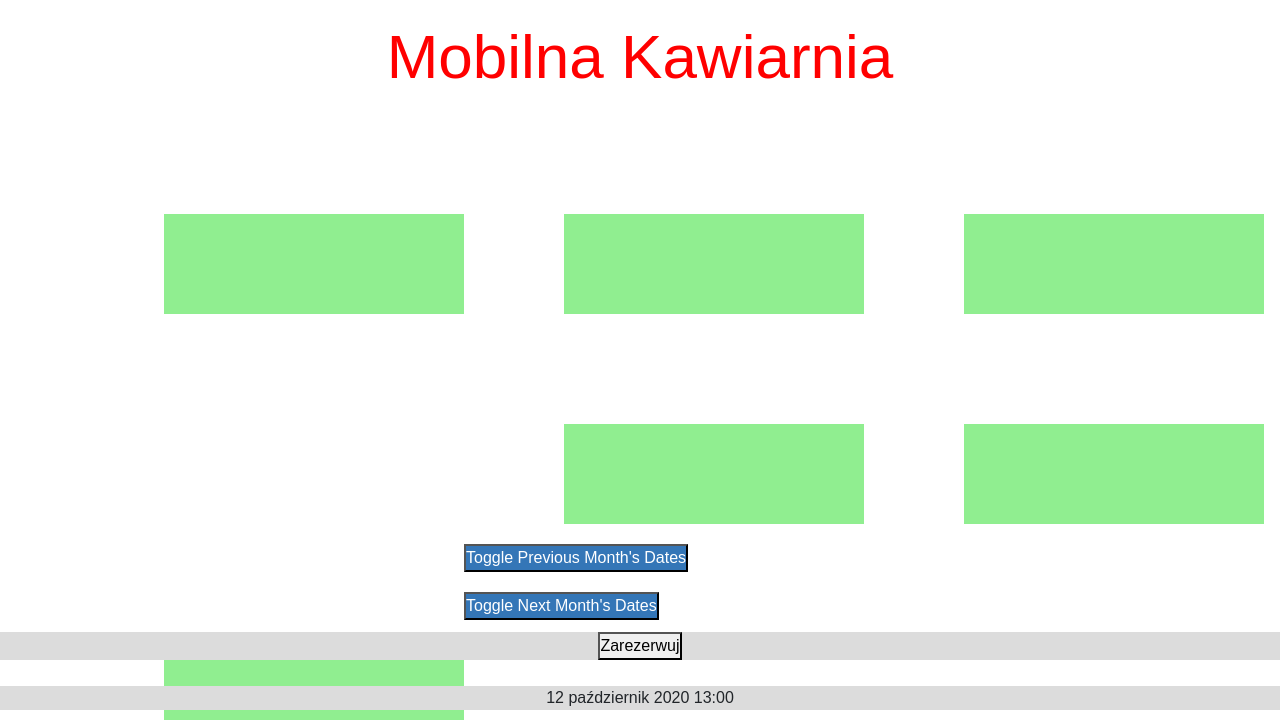
Repository: K009/MobilnaKawiarnia
Page: index.html
These files come from the project's save history. The page is drawn as it stood at one moment and after the next save; the edit follows.
The browser window is 1280 px wide. The pictures show the whole page.

Above is the page before, as saved 2020-12-23 17:07:23.
Console error: ReferenceError: YUI is not defined

After the next save:
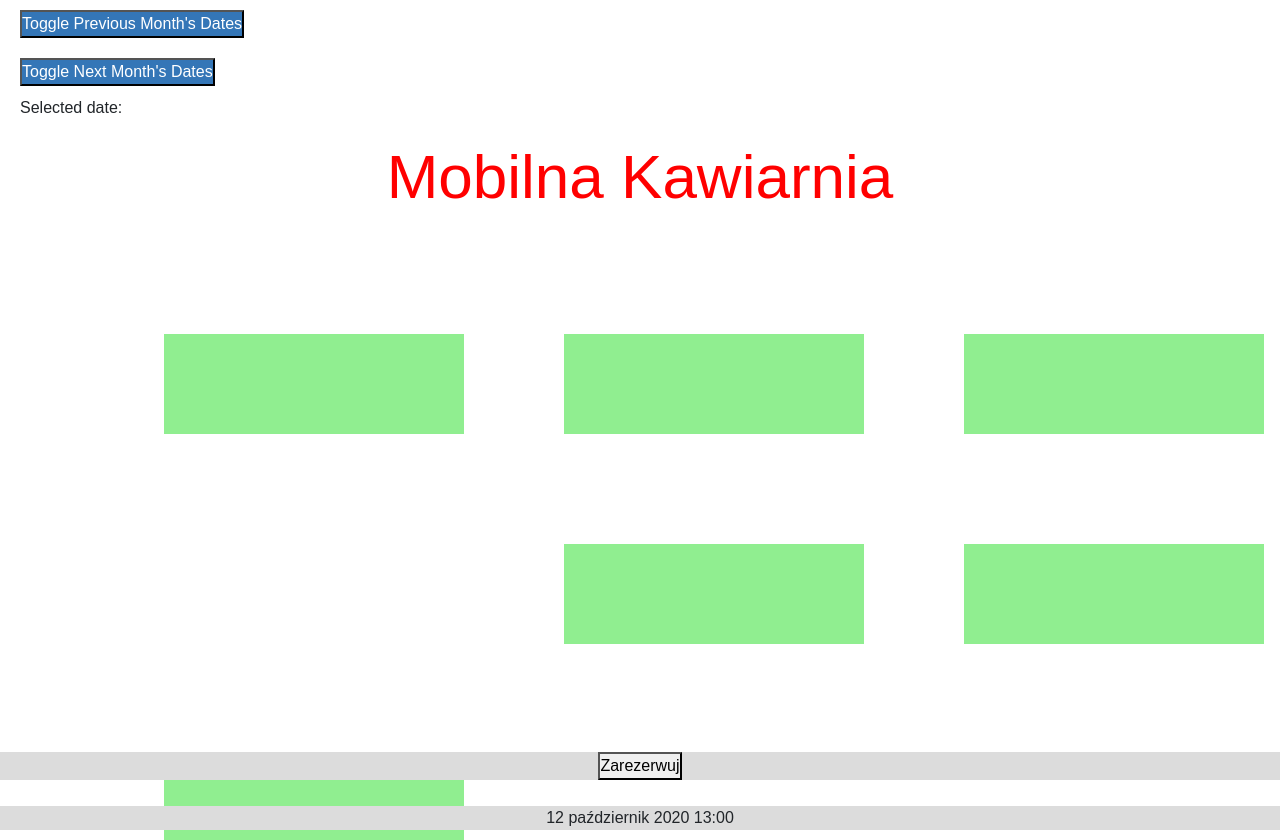
Saved 17 s later.
--- a/index.html
+++ b/index.html
@@ -7,60 +7,7 @@
     <script src="https://cdn.jsdelivr.net/npm/bootstrap@5.0.0-beta1/dist/js/bootstrap.bundle.min.js" integrity="sha384-ygbV9kiqUc6oa4msXn9868pTtWMgiQaeYH7/t7LECLbyPA2x65Kgf80OJFdroafW" crossorigin="anonymous"></script>
   </head>
   <body>
-    <div class="main">
-        <div class="logo">
-          <h1><a href="">Mobilna Kawiarnia</a></h1>
-        </div>
-
-        <div id="center">
-
-            <div class="tableUp">
-                <svg class ="table" width="300" height="110">
-                    <rect class ="table" width="300" height="100"/>
-                  </svg>
-            </div>
-
-            <div class="tableUp">
-                <svg width="300" height="110">
-                    <rect class ="table" width="300" height="100"/>
-                  </svg>
-            </div>
-
-            <div class="tableUp">
-                <svg width="300" height="110">
-                    <rect class ="table" width="300" height="100"/>
-                  </svg>
-            </div>
-
-            <div class="tableUp">
-                <svg width="300" height="110">
-                    <rect class ="table" width="300" height="100"/>
-                </svg>
-            </div>
-
-            <div class="tableUp">
-                <svg width="300" height="110">
-                    <rect class ="table" width="300" height="100"/>
-                </svg>
-            </div>
-
-            <div class="tableUp">
-                <svg width="300" height="110">
-                    <rect class ="table" width="300" height="100" />
-                </svg>
-            </div>
-
-        </div>
-
-        <div id="bottomButton">
-            <button id="submitDate" onclick="submit(this.id)">Zarezerwuj</button>
-        </div>
-
-        <div id="bottomMenu">
-            12 październik 2020     13:00
-        </div>
-
-        <!-- Add an additional blue button style -->
+      <!-- Add an additional blue button style -->
 <style>
     .yui3-button {
         margin:10px 0px 10px 0px;
@@ -135,6 +82,60 @@
         });
     });
     </script>
+    <div class="main">
+        <div class="logo">
+          <h1><a href="">Mobilna Kawiarnia</a></h1>
+        </div>
+
+        <div id="center">
+
+            <div class="tableUp">
+                <svg class ="table" width="300" height="110">
+                    <rect class ="table" width="300" height="100"/>
+                  </svg>
+            </div>
+
+            <div class="tableUp">
+                <svg width="300" height="110">
+                    <rect class ="table" width="300" height="100"/>
+                  </svg>
+            </div>
+
+            <div class="tableUp">
+                <svg width="300" height="110">
+                    <rect class ="table" width="300" height="100"/>
+                  </svg>
+            </div>
+
+            <div class="tableUp">
+                <svg width="300" height="110">
+                    <rect class ="table" width="300" height="100"/>
+                </svg>
+            </div>
+
+            <div class="tableUp">
+                <svg width="300" height="110">
+                    <rect class ="table" width="300" height="100"/>
+                </svg>
+            </div>
+
+            <div class="tableUp">
+                <svg width="300" height="110">
+                    <rect class ="table" width="300" height="100" />
+                </svg>
+            </div>
+
+        </div>
+
+        <div id="bottomButton">
+            <button id="submitDate" onclick="submit(this.id)">Zarezerwuj</button>
+        </div>
+
+        <div id="bottomMenu">
+            12 październik 2020     13:00
+        </div>
+
+
     </div>
 
     <script>
